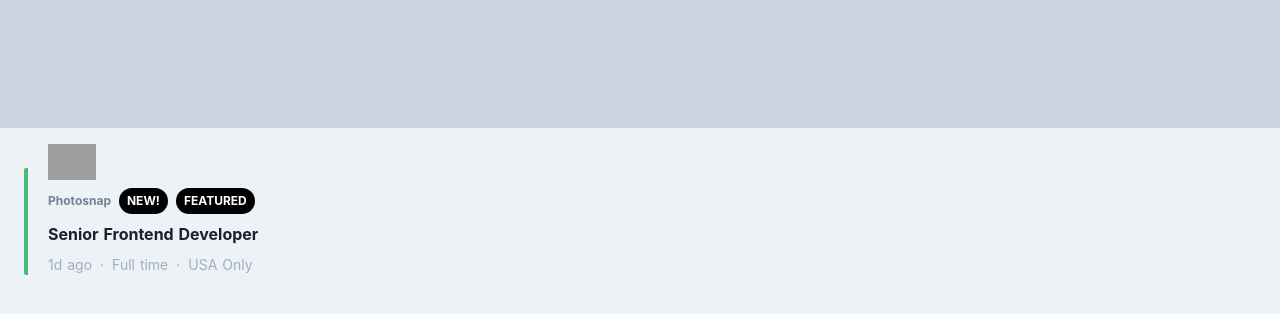
Repository: asongdon/frontendmentor-joblisting
Page: /
An editor plug-in stored every save of this project. The page is shown before and after the next save, followed by the edit.
The browser window is 1280 px wide. The pictures show the whole page.
Pictures or frames that could not be fetched are drawn as grey boxes. The project was rebuilt for these pictures with package versions that can differ from the ones it lists, and the page was loaded fresh each time. The framework's server and built-in components were replaced by stand-ins that run in the browser. Also part of the build but not shown: nuxt.config.js.

Above is the page before, as saved 2020-04-12 18:55:47.

After the next save:
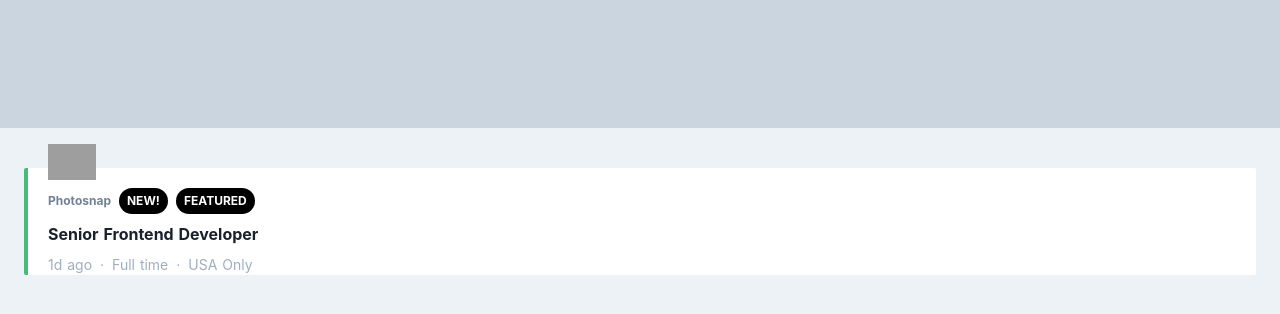
Saved 10 s later.
--- a/components/Maincard.vue
+++ b/components/Maincard.vue
@@ -1,5 +1,5 @@
 <template>
-    <div class="flex flex-col flex-no-wrap rounded-sm px-5 border-l-4 border-green-500">
+    <div class="flex flex-col flex-no-wrap rounded-sm px-5 border-l-4 border-green-500 bg-white">
 
     <div class="-mt-6 mb-2">
       <img class="w-12" src="~/assets/logos/faceit.svg" alt="" />
